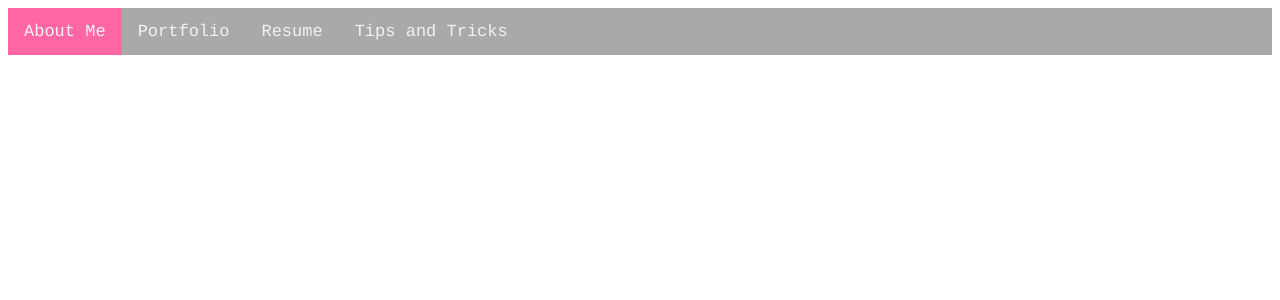
Repository: jacobsirois/jacobsirois.github.io
Page: Test.html
The author's editor kept a record of every edit. The page is drawn from the files as they stood at one moment, then again after the next edit.
The browser window is 1280 px wide. The pictures show the whole page.

Above is the page before.
Not found: index.css

### Test.html
<html>
<head>
<title>Page Title</title>
</head>
<body>

<title>
"About Me"
<meta charset="utf-8">
</title>
<link href="index.css" rel="stylesheet" type="text/css">
<meta name="viewport" content="width=device-width, initial-scale=1">
<link rel="stylesheet" href="https://cdnjs.cloudflare.com/ajax/libs/font-awesome/4.7.0/css/font-awesome.min.css">

<style>
body {
  font-family: courier;
}

.topnav {
  overflow: hidden;
  background-color: #A9A9A9;
}

.topnav a {
  float: left;
  display: block;
  color: #f2f2f2;
  text-align: center;
  padding: 14px 16px;
  text-decoration: none;
  font-size: 17px;
}

.topnav a:hover {
  background-color: #ddd;
  color: black;
}

.active {
  background-color: #ff66a3;
  color: white;
}

.topnav .icon {
  display: none;
}

@media screen and (max-width: 600px) {
  .topnav a:not(:first-child) {display: none;}
  .topnav a.icon {
    float: right;
    display: block;
  }
}

@media screen and (max-width: 600px) {
  .topnav.responsive {position: relative;}
  .topnav.responsive .icon {
    position: absolute;
    right: 0;
    top: 0;
  }
  .topnav.responsive a {
    float: none;
    display: block;
    text-align: left;
  }
}
</style>

<div class="topnav" id="myTopnav">
  <a href="index.html" class="active">About Me</a>
  <a href="portfolio.html">Portfolio</a>
  <a href="resume.html">Resume</a>
  <a href="tips.html">Tips and Tricks</a>
  <a href="javascript:void(0);" class="icon" onclick="myFunction()">
    <i class="fa fa-bars"></i>
  </a>
</div>

<script>
function myFunction() {
    var x = document.getElementById("myTopnav");
    if (x.className === "topnav") {
        x.className += " responsive";
    } else {
        x.className = "topnav";
    }
}
</script>


</body>
</html>

After the next edit:
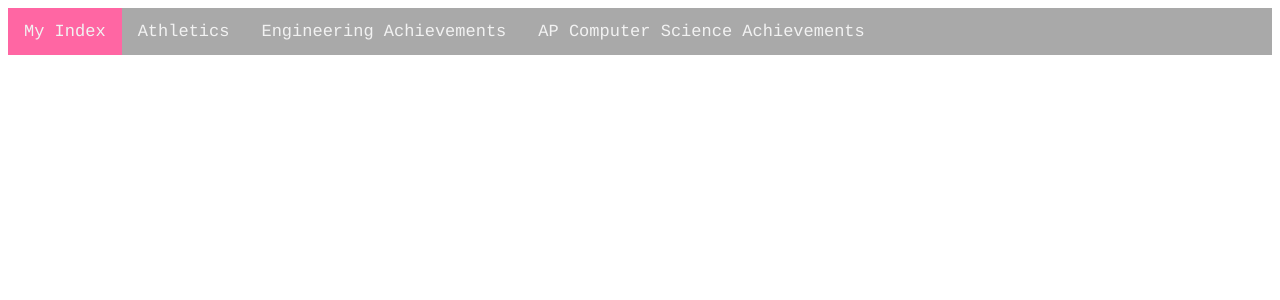
The edit:
--- a/Test.html
+++ b/Test.html
@@ -70,10 +70,10 @@
 </style>
 
 <div class="topnav" id="myTopnav">
-  <a href="index.html" class="active">About Me</a>
-  <a href="portfolio.html">Portfolio</a>
-  <a href="resume.html">Resume</a>
-  <a href="tips.html">Tips and Tricks</a>
+  <a href="index.html" class="active">My Index</a>
+  <a href="athletics.html">Athletics</a>
+  <a href="engineering.html">Engineering Achievements</a>
+  <a href="compsci.html">AP Computer Science Achievements</a>
   <a href="javascript:void(0);" class="icon" onclick="myFunction()">
     <i class="fa fa-bars"></i>
   </a>
